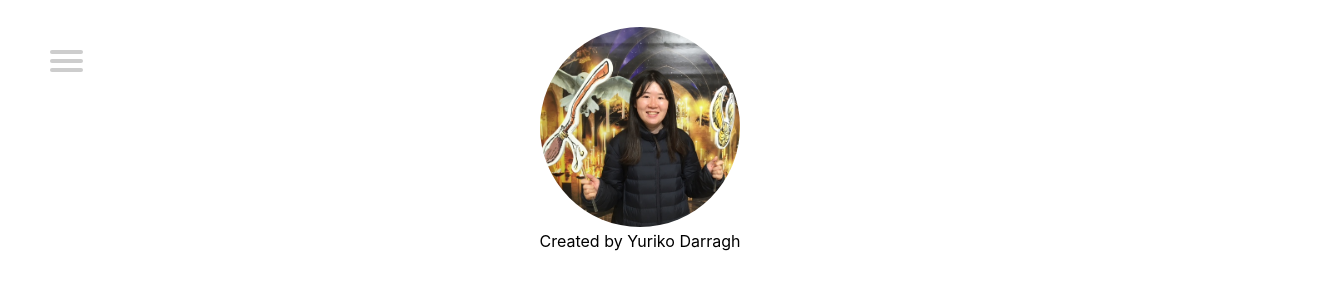
Repository: yuriko-pixel/react-portfolio
Page: /about
The author's editor kept a copy of each file at every save. The page is drawn from the files as they stood at one save, then again after the next save.
The browser window is 1280 px wide. The page is 1330 px wide, so the pictures cover 1330 px, including what lies to the right of the window. The pictures show the whole page.
The project was rebuilt for these pictures with package versions that can differ from the ones it lists, and the page was loaded fresh each time. Also part of the build but not shown: src/components/worktemp.js, src/styles/top.module.scss, src/components/links.js, src/components/top.js, src/styles/works.module.scss, src/components/works.js, src/components/home.js.

Above is the page before, as saved 2021-05-19 12:28:14.

### src/App.js
import logo from './logo.svg';
import './App.css';
import { BrowserRouter, Route, Link } from 'react-router-dom';
import WorkTemp from './components/worktemp'
import about from './components/about'
import home from './components/home'
import Nav from './components/nav'
import Footer from './components/footer'
import works from './components/works'

function App() {
  return (
    <div className="App">
      <BrowserRouter>
        <Nav />
        <Route exact path='/' component={home}></Route>
        <Route path='/about' component={about}></Route>
        <Route path='/works' component={works}></Route>
        <Route path='/work/:name'><WorkTemp /></Route>
        <Footer/>
      </BrowserRouter>
    </div>
  );
}

export default App;

### src/components/about.js

import Nav from './nav'
import profs from '../styles/about.module.scss'
import img from '../images/profile.JPG'

const About = () => {
    return (
        <div>
            <img src={img} className={profs.profimg} />
        </div>
    )
}

export default About

### src/components/nav.js
import navs from '../styles/nav.module.scss'
import { Link } from 'react-router-dom';

const Nav = () => {
    return (
        <nav role="navigation">
        <div className={navs.menuToggle}>
          <input type="checkbox" />
          <span></span>
          <span></span>
          <span></span>
          <ul className={navs.menu}>
            <Link to="/"><li>Home</li></Link>
            <Link to="/about"><li>About</li></Link>
            <Link to="/works"><li>Works</li></Link>
            <Link to="/contact"><li>Contact</li></Link>
          </ul>
        </div>
      </nav>
    )
}

export default Nav

### src/components/footer.js
import foots from '../styles/footer.module.scss'

const Footer = ()=> {
    return (
        <footer>
            <span>Created by Yuriko Darragh</span>
        </footer>
    )
}

export default Footer;

### src/styles/about.module.scss
.profimg {
    width:200px;
	height:200px;
	object-fit:cover;
	border-radius:50%;
	object-position:-20px 0px;;
}

### src/styles/nav.module.scss
* {
  list-style: none;
}

.menuToggle
{
  display: block;
  position: relative;
  top: 50px;
  left: 50px;

  z-index: 1;

  -webkit-user-select: none;
  user-select: none;
}

.menuToggle a
{
  text-decoration: none;
  color: .232323;

  transition: color 0.3s ease;
}

.menuToggle a:hover
{
  color: tomato;
}


.menuToggle input
{
  display: block;
  width: 40px;
  height: 32px;
  position: absolute;
  top: -7px;
  left: -5px;

  cursor: pointer;

  opacity: 0; /* hide this */
  z-index: 2; /* and place it over the hamburger */

  -webkit-touch-callout: none;
}

/*
 * Just a quick hamburger
 */
.menuToggle span
{
  display: block;
  width: 33px;
  height: 4px;
  margin-bottom: 5px;
  position: relative;

  background: #cdcdcd;
  border-radius: 3px;

  z-index: 1;

  transform-origin: 4px 0px;

  transition: transform 0.5s cubic-bezier(0.77,0.2,0.05,1.0),
              background 0.5s cubic-bezier(0.77,0.2,0.05,1.0),
              opacity 0.55s ease;
}

.menuToggle span:first-child
{
  transform-origin: 0% 0%;
}

.menuToggle span:nth-last-child(2)
{
  transform-origin: 0% 100%;
}

/*
 * Transform all the slices of hamburger
 * into a crossmark.
 */
.menuToggle input:checked ~ span
{
  opacity: 1;
  transform: rotate(45deg) translate(-2px, -1px);
  background: #232323;
}

/*
 * But let's hide the middle one.
 */
.menuToggle input:checked ~ span:nth-last-child(3)
{
  opacity: 0;
  transform: rotate(0deg) scale(0.2, 0.2);
}

/*
 * Ohyeah and the last one should go the other direction
 */
.menuToggle input:checked ~ span:nth-last-child(2)
{
  transform: rotate(-45deg) translate(0, -1px);
}

/*
 * Make this absolute positioned
 * at the top left of the screen
 */
.menu
{
  position: absolute;
  width: 300px;
  margin: -100px 0 0 -50px;
  padding: 50px;
  padding-top: 125px;

  background: #ededed;
  list-style-type: none;
  -webkit-font-smoothing: antialiased;
  /* to stop flickering of text in safari */

  transform-origin: 0% 0%;
  transform: translate(-100%, 0);

  transition: transform 0.5s cubic-bezier(0.77,0.2,0.05,1.0);
}

.menu li
{
  padding: 10px 0;
  font-size: 22px;
}

/*
 * And let's slide it in from the left
 */
.menuToggle input:checked ~ ul
{
  transform: none;
}

### src/styles/footer.module.scss
footer {
    margin-top: auto;
}

### src/styles/links.module.scss


a, a:visited {
    text-decoration: none;
    color: black;
}

.linkcontainer {
    margin: 20px 0;
}
.linkcontainer1, .linkcontainer2, .linkcontainer3 {
    // width: 200px;
    padding: 10px 15px;
    background: #EEF1F2;
    border: 1px solid #D1D8DA;
}

.linkcontainer1 {
    border-radius: 50% 0 0 50%;
}

.linkcontainer3 {
    border-radius: 0 50% 50% 0;
}

.border {
    border-bottom: dashed;
}

Loaded but not shown: public/index.html (common file); src/index.js (common file); src/index.css (common file); src/reportWebVitals.js (common file); src/App.css (common file)

After the next save:
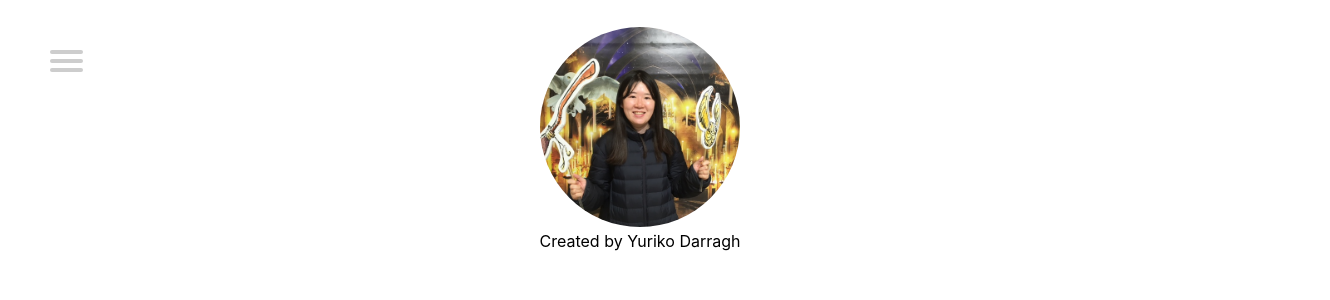
Saved 22 s later.
--- a/src/styles/about.module.scss
+++ b/src/styles/about.module.scss
@@ -3,5 +3,5 @@
 	height:200px;
 	object-fit:cover;
 	border-radius:50%;
-	object-position:-20px 0px;;
+	// object-position:-20px 0px;
 }
